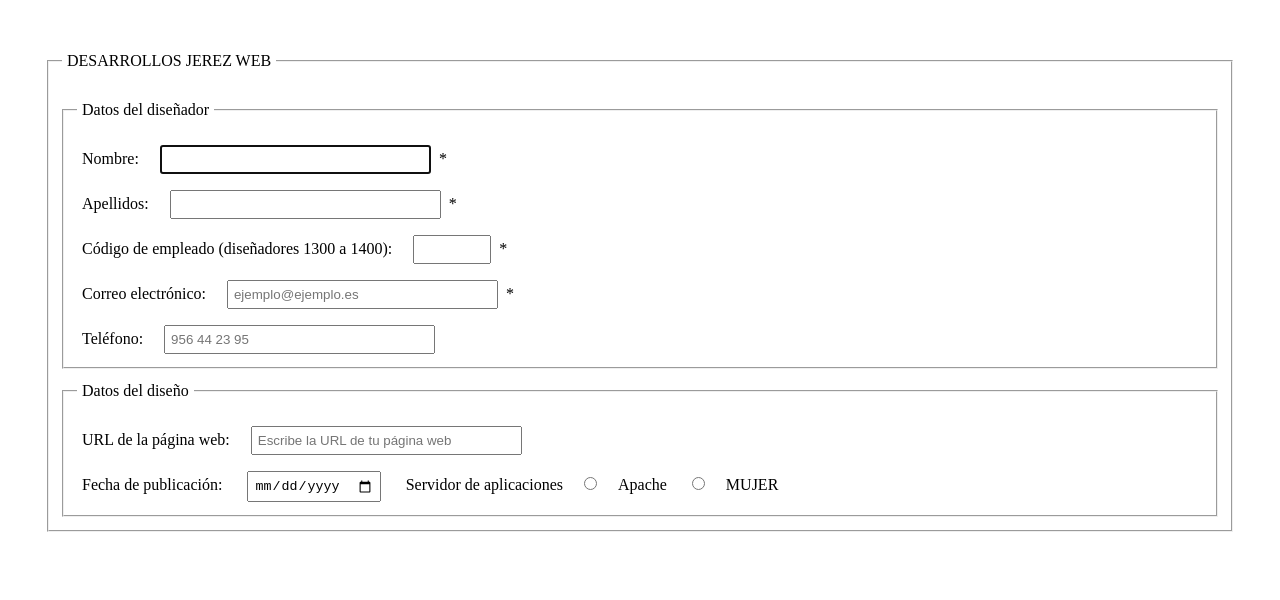
Repository: iSaan86/EV_Practica_FormularioCSS
Page: index.html
An editor plug-in stored every save of this project. The page is shown before and after the next save, followed by the edit.
The browser window is 1280 px wide. The pictures show the whole page.

Above is the page before, as saved 2024-01-11 16:57:09.

### index.html
<!DOCTYPE html>
<html lang="es-ES">

<head>
    <meta charset="UTF-8">
    <meta name="viewport" content="width=device-width, initial-scale=1.0">
    <meta name="keywords" content="formulario, html, css, practica">
    <meta name="description" content="Formularios">
    <meta name="author" content="Alexandra Ferrera Arenas">
    <link rel="icon" type="image/x-icon" href="img/logo-giro.png">
    <link rel="stylesheet" href="css/estilo.css">
    <title> PRACTICA DE FORMULARIOS </title>
</head>

<body>
    <!-- ABRO FORMULARIO -->
    <form method="get" action="" name="formulario1" id="formulario1">
        <!--AGRUPACION GENERAL-->
        <fieldset>
            <legend class="datos">DESARROLLOS JEREZ WEB</legend>
            <fieldset><legend class="datos2">Datos del diseñador</legend>
                <label for="nombre">Nombre:</label><input type="text" id="nombre" name="nombre" alt="indique su nombre" size="30%" autofocus required minlength="2" maxlength="50">*<br>
                <label for="apellidos">Apellidos:</label><input type="text" id="apellidos" name="apellidos" alt="indique sus apellidos" size="30%" required minlength="2" maxlength="50">*<br>
                <label for="codigo">Código de empleado (diseñadores 1300 a 1400):</label><input type="number" id="codigo" name="codigo" alt="indique su código de empleado" required min="1300" max="1400">*<br>
                <label for="email">Correo electrónico:</label><input type="email" id="email" name="email" alt="indique su email" size="30%" placeholder="ejemplo@ejemplo.es" required>*<br>
                <label for="telefono">Teléfono:</label><input type="tel" id="telefono"  name="telefono" alt="indique su telefono" size="30%" placeholder="956 44 23 95"><br>
            </fieldset>
            <fieldset><legend class="datos2">Datos del diseño</legend>
                <label for="url">URL de la página web:</label><input type="url" id="url" name="url" alt="indique la URL de la pagina web" size="30%" placeholder="Escribe la URL de tu página web"><br>
                <label for="fecha">Fecha de publicación:</label> <input type="date" name="fecha" id="fecha">
                <label for="servidor">Servidor de aplicaciones</label><input type="radio" id="apache" name="servidor" alt="verificar apache" value="Apache"><label for="hombre">Apache</label>
                <input type="radio" id="websphere" name="servidor" alt="verificar websphere" value="Websphere"><label
                for="mujer">MUJER</label><br>
            </fieldset>













        </fieldset>
    </form>




</body>





</html>

### css/estilo.css
@charset "UTF-8";

/* Para todo el html */
*{
    padding: 5px;
    margin:8px;
}

After the next save:
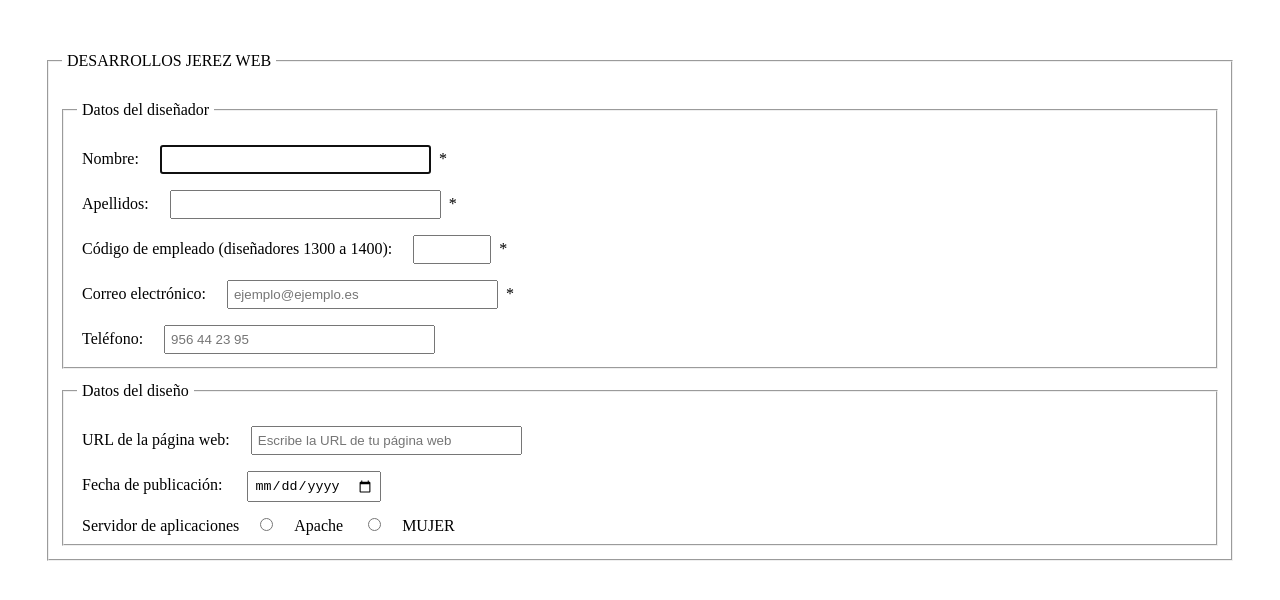
Saved 17 s later.
--- a/index.html
+++ b/index.html
@@ -27,7 +27,7 @@
             </fieldset>
             <fieldset><legend class="datos2">Datos del diseño</legend>
                 <label for="url">URL de la página web:</label><input type="url" id="url" name="url" alt="indique la URL de la pagina web" size="30%" placeholder="Escribe la URL de tu página web"><br>
-                <label for="fecha">Fecha de publicación:</label> <input type="date" name="fecha" id="fecha">
+                <label for="fecha">Fecha de publicación:</label> <input type="date" name="fecha" id="fecha"><br>
                 <label for="servidor">Servidor de aplicaciones</label><input type="radio" id="apache" name="servidor" alt="verificar apache" value="Apache"><label for="hombre">Apache</label>
                 <input type="radio" id="websphere" name="servidor" alt="verificar websphere" value="Websphere"><label
                 for="mujer">MUJER</label><br>
